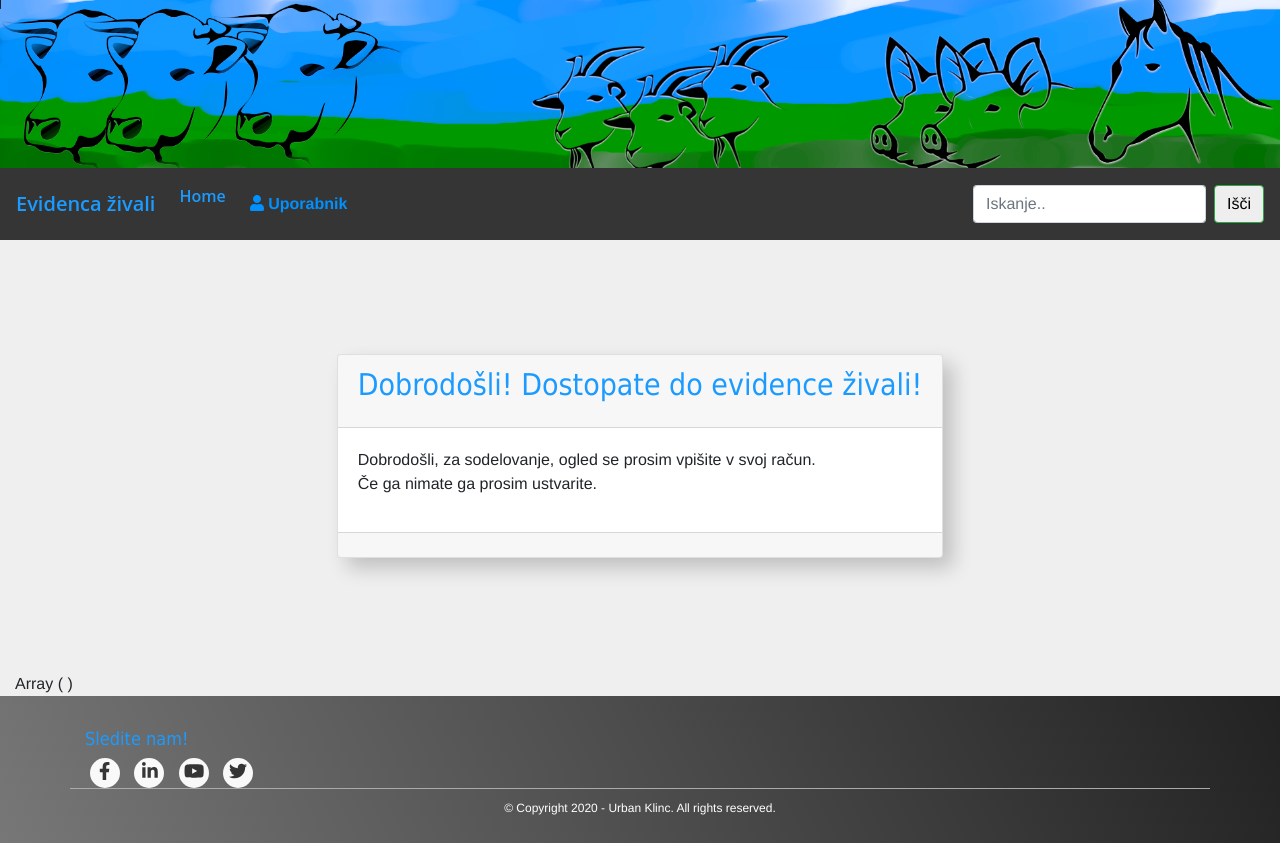
Repository: UrbyK/evidenca
Page: http://localhost/
An editor plug-in stored every save of this project. The page is shown before and after the next save, followed by the edit.
The browser window is 1280 px wide. The pictures show the whole page.
Some web fonts or font styles are not loaded; a fallback is used. Some web libraries are served in a nearby version. The page is run by PHP 8.4 with error messages shown; the project is at /var/www/html/.

Above is the page before, as saved 2020-06-09 12:40:40.

After the next save:
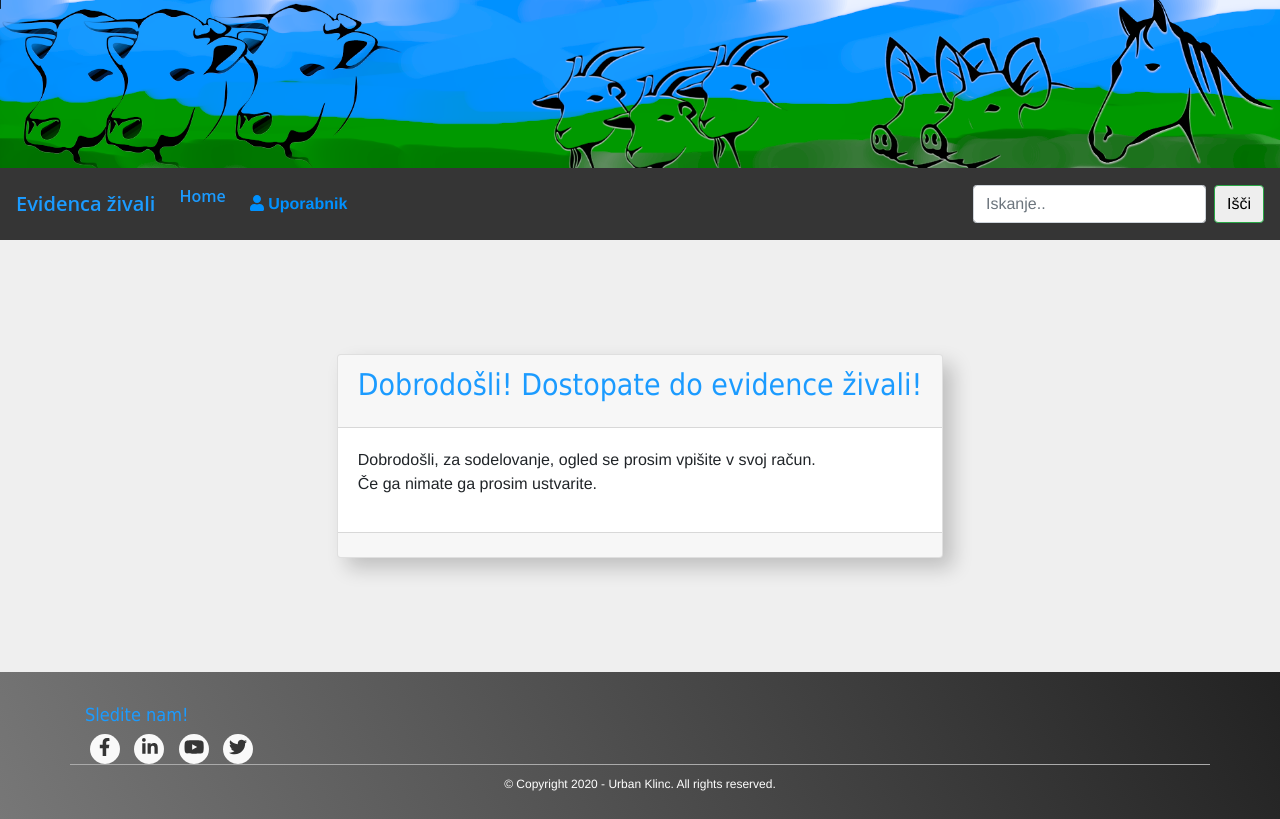
Saved 57 s later.
--- a/home.php
+++ b/home.php
@@ -19,8 +19,4 @@
     </div>
 </div>
 
-<?php
-    print_r($_SESSION);
-?>
-
 <?=template_footer()?>
